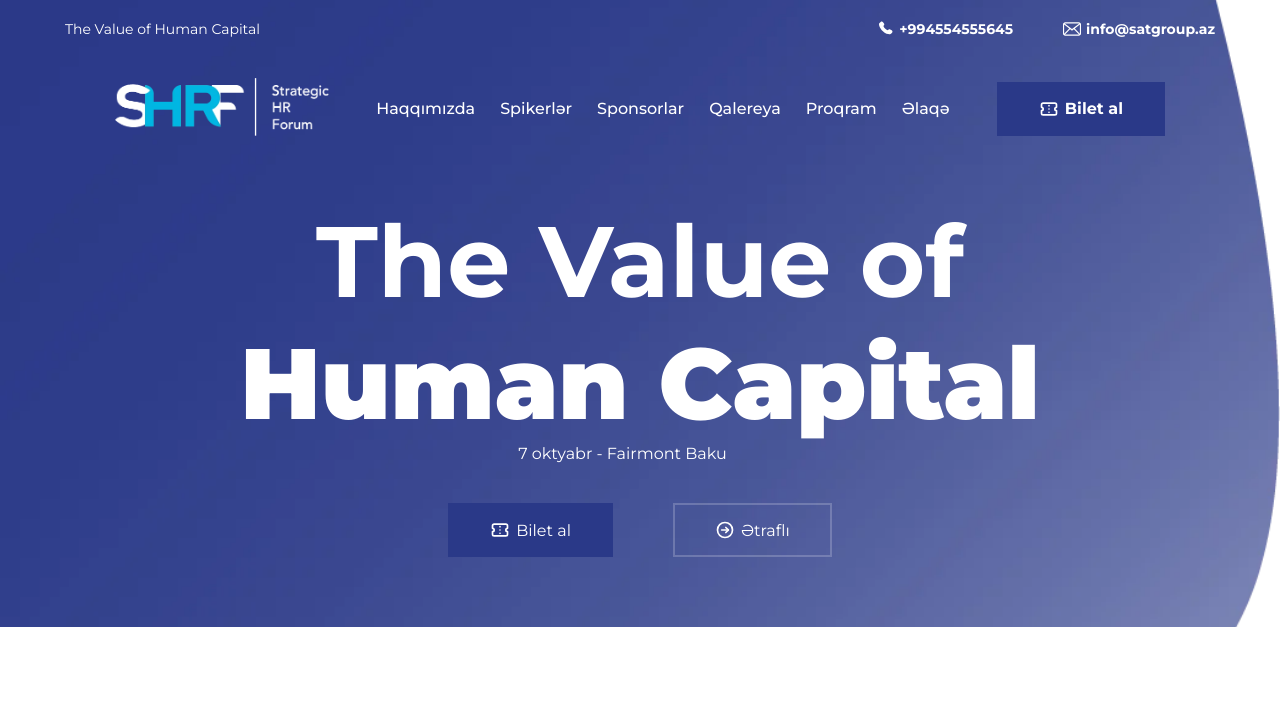
Repository: allahverdiyevabdulhasan/shrf
Page: /
An editor plug-in stored every save of this project. The page is shown before and after the next save, followed by the edit.
The browser window is 1280 px wide. The pictures show the whole page.
The project was rebuilt for these pictures with package versions that can differ from the ones it lists, and the page was loaded fresh each time. Also part of the build but not shown: vite.config.js, src/App.css.

Above is the page before, as saved 2024-08-16 10:34:46.

### src/App.jsx
import './App.css'
import Header from './components/Header'
import Intro from './components/Intro'

function App() {

  return (
    <div id='page'>
      <Header />
      <Intro />
    </div>
  )
}

export default App

### src/index.css
@import url('https://fonts.googleapis.com/css2?family=Montserrat:ital,wght@0,100..900;1,100..900&display=swap');

* {
  margin: 0;
  box-sizing: border-box;
  padding: 0;
  font-family: Montserrat;
  transition: all .4s ease-in-out;
}

:root {
  --globalPrimary: #2a3988;
}

ul {
  padding: 0;
  list-style: none;
}

a {
  color: #fff;
  text-decoration: none;
}

button {
  cursor: pointer;
}

.container {
  max-width: 1170px;
  margin: 0 auto;
  padding: 0 10px;
}
#page{
  position: relative;
}

.buy__button {
  display: flex;
  align-items: center;
  border: 2px solid transparent;
  background: var(--globalPrimary);
  font-size: 16px;
  font-weight: 700;
  color: #fff;
  padding: 15px 40px;
  & svg{
    margin: 0 6px 0 0;
  }
  &:hover {
    box-shadow: 0 3px 10px 3px #fff;
    transform: translateY(-3px);
  }
}

### src/components/Header/index.jsx

import s from './style.module.css'

export default function Header() {


    return (
        <header className='container'>
            <div className={s.top}>
                <div className={s.top__left}>
                    The Value of Human Capital
                </div>
                <div className={s.top__right}>
                    <ul>
                        <li>
                            <a href="tel:+994554555645">
                            <svg width={18} viewBox="0 0 24 24" fill="none" xmlns="http://www.w3.org/2000/svg"><g id="SVGRepo_bgCarrier" stroke-width="0"></g><g id="SVGRepo_tracerCarrier" stroke-linecap="round" stroke-linejoin="round"></g><g id="SVGRepo_iconCarrier"> <path d="M16.5562 12.9062L16.1007 13.359C16.1007 13.359 15.0181 14.4355 12.0631 11.4972C9.10812 8.55901 10.1907 7.48257 10.1907 7.48257L10.4775 7.19738C11.1841 6.49484 11.2507 5.36691 10.6342 4.54348L9.37326 2.85908C8.61028 1.83992 7.13596 1.70529 6.26145 2.57483L4.69185 4.13552C4.25823 4.56668 3.96765 5.12559 4.00289 5.74561C4.09304 7.33182 4.81071 10.7447 8.81536 14.7266C13.0621 18.9492 17.0468 19.117 18.6763 18.9651C19.1917 18.9171 19.6399 18.6546 20.0011 18.2954L21.4217 16.883C22.3806 15.9295 22.1102 14.2949 20.8833 13.628L18.9728 12.5894C18.1672 12.1515 17.1858 12.2801 16.5562 12.9062Z" fill="#ffffff"></path> </g></svg>
                            +994554555645</a>
                        </li>
                        <li>
                            <a href="mailto:info@satgroup.az">
                            <svg width={18} viewBox="0 -4 32 32" version="1.1" xmlns="http://www.w3.org/2000/svg" xmlns:xlink="http://www.w3.org/1999/xlink" xmlns:sketch="http://www.bohemiancoding.com/sketch/ns" fill="#000000"><g id="SVGRepo_bgCarrier" stroke-width="0"></g><g id="SVGRepo_tracerCarrier" stroke-linecap="round" stroke-linejoin="round"></g><g id="SVGRepo_iconCarrier"> <title>mail</title> <desc>Created with Sketch Beta.</desc> <defs> </defs> <g id="Page-1" stroke="none" stroke-width="1" fill="none" fill-rule="evenodd" sketch:type="MSPage"> <g id="Icon-Set" sketch:type="MSLayerGroup" transform="translate(-412.000000, -259.000000)" fill="#ffffff"> <path d="M442,279 C442,279.203 441.961,279.395 441.905,279.578 L433,270 L442,263 L442,279 L442,279 Z M415.556,280.946 L424.58,271.33 L428,273.915 L431.272,271.314 L440.444,280.946 C440.301,280.979 415.699,280.979 415.556,280.946 L415.556,280.946 Z M414,279 L414,263 L423,270 L414.095,279.578 C414.039,279.395 414,279.203 414,279 L414,279 Z M441,261 L428,271 L415,261 L441,261 L441,261 Z M440,259 L416,259 C413.791,259 412,260.791 412,263 L412,279 C412,281.209 413.791,283 416,283 L440,283 C442.209,283 444,281.209 444,279 L444,263 C444,260.791 442.209,259 440,259 L440,259 Z" id="mail" sketch:type="MSShapeGroup"> </path> </g> </g> </g></svg>
                                info@satgroup.az</a>
                            </li>
                    </ul>
                </div>
            </div>
            <div className={s.header__items}>
                <div className={s.logo}>
                    <a href="/"><img src="./public/assets/img/logo.webp" alt="Logo" /></a>
                </div>
                <nav>
                    <ul>
                        <li><a href="">Haqqımızda</a></li>
                        <li><a href="">Spikerlər</a></li>
                        <li><a href="">Sponsorlar</a></li>
                        <li><a href="">Qalereya</a></li>
                        <li><a href="">Proqram</a></li>
                        <li><a href="">Əlaqə</a></li>
                    </ul>
                </nav>
                <button className='buy__button'>
                <svg width={20} viewBox="0 0 24 24" fill="none" xmlns="http://www.w3.org/2000/svg"><g id="SVGRepo_bgCarrier" stroke-width="0"></g><g id="SVGRepo_tracerCarrier" stroke-linecap="round" stroke-linejoin="round"></g><g id="SVGRepo_iconCarrier"> <path d="M12 16H12.01M12 12H12.01M12 8H12.01M21 14V17C21 18.1046 20.1046 19 19 19H5C3.89543 19 3 18.1046 3 17V14C4.10457 14 5 13.1046 5 12C5 10.8954 4.10457 10 3 10V7C3 5.89543 3.89543 5 5 5H19C20.1046 5 21 5.89543 21 7V10C19.8954 10 19 10.8954 19 12C19 13.1046 19.8954 14 21 14Z" stroke="#ffffff" stroke-width="2" stroke-linecap="round" stroke-linejoin="round"></path> </g></svg>
                    Bilet al
                </button>
            </div>

        </header>
    )
}

### src/components/Intro/index.jsx
import s from './style.module.css'

export default function Intro() {


    return (
        <div className={s.intro}>
            <div className={s.intro__content}>
                <h1>
                    The Value of
                    <br />
                    <span>Human Capital</span>
                </h1>

                <p>7 oktyabr - Fairmont Baku</p>

                <div className={s.buttons}>
                <button className='buy__button'>
                <svg width={20} viewBox="0 0 24 24" fill="none" xmlns="http://www.w3.org/2000/svg"><g id="SVGRepo_bgCarrier" stroke-width="0"></g><g id="SVGRepo_tracerCarrier" stroke-linecap="round" stroke-linejoin="round"></g><g id="SVGRepo_iconCarrier"> <path d="M12 16H12.01M12 12H12.01M12 8H12.01M21 14V17C21 18.1046 20.1046 19 19 19H5C3.89543 19 3 18.1046 3 17V14C4.10457 14 5 13.1046 5 12C5 10.8954 4.10457 10 3 10V7C3 5.89543 3.89543 5 5 5H19C20.1046 5 21 5.89543 21 7V10C19.8954 10 19 10.8954 19 12C19 13.1046 19.8954 14 21 14Z" stroke="#ffffff" stroke-width="2" stroke-linecap="round" stroke-linejoin="round"></path> </g></svg>
                    Bilet al
                </button>
                <a href="" className='buy__button'>
                <svg  width={20} viewBox="0 0 24 24" fill="none" xmlns="http://www.w3.org/2000/svg"><g id="SVGRepo_bgCarrier" stroke-width="0"></g><g id="SVGRepo_tracerCarrier" stroke-linecap="round" stroke-linejoin="round"></g><g id="SVGRepo_iconCarrier"> <path d="M21 12C21 16.9706 16.9706 21 12 21C7.02944 21 3 16.9706 3 12C3 7.02944 7.02944 3 12 3C16.9706 3 21 7.02944 21 12Z" stroke="#ffffff" stroke-width="2"></path> <path d="M16 12L8 12" stroke="#ffffff" stroke-width="2" stroke-linecap="round" stroke-linejoin="round"></path> <path d="M13 15L15.913 12.087V12.087C15.961 12.039 15.961 11.961 15.913 11.913V11.913L13 9" stroke="#ffffff" stroke-width="2" stroke-linecap="round" stroke-linejoin="round"></path> </g></svg>

                Ətraflı
                </a>
                </div>
            </div>
        </div>
    )
}

### src/components/Header/style.module.css
header {
    position: absolute;
    top: 0;
    left: 50%;
    width: 100%;
    transform: translateX(-50%);
}

.top {
    display: flex;
    justify-content: space-between;
    align-items: center;
    padding: 20px 0;
    color: #fff;
    font-size: 14px;
}

.top__right {
    & a,
    & ul {
        display: flex;
        align-items: center;
        font-weight: 700;
    }

    & li {
        margin: 0 0 0 50px;
    }

    & svg {
        margin: 0 5px 0 0;
    }

    & a:hover {
        text-shadow: 0 0 10px #fff;

    }
}


.header__items {
    display: flex;
    padding: 20px 50px;
    align-items: center;
    justify-content: space-between;

    & .logo{
        max-width: 214px;
        & img{
            width: 100%;
        }
    }

    & ul {
        display: flex;
        & li{
            margin: 0 25px 0 0;
            position: relative;
            &::after{
                content: '';
                position: absolute;
                bottom: 0;
                left: 0;
                width: 0;
                height: 3px;
                border-radius: 3px;
                background-color: #00FFF0;
                transition: all .4s ease-in-out;
            }
            &:hover{
                & a{
                    color: #00FFF0;
                }
                &::after{
                    width: 100%;
                }
            }
            & a{
                display: inline-block;
                padding: 10px 0;
                font-weight: 500;
            }
            &:last-child{
                margin: 0;
            }
        }
    }
}

### src/components/Intro/style.module.css
.intro{
    min-height: 80vh;
    background: url('./../../../public/assets/img/introBg.webp') center/cover;
    display: flex;
    align-items: center;
    justify-content: center;

    & h1{
        font-size: clamp(45px, 8vw, 100px);
        color: #fff;
        text-align: center;
        margin: 200px 0 0 0;
        & span{
            font-weight: 900;
        }
    }
}

.intro__content{
    margin: 0 0 70px 0;
    & > p{
        color: #fff;
        text-align: center;
        margin: 0 35px 40px 0;
    }

    & .buttons{
        display: flex;
        justify-content: center;
        align-items: center;
        & button, & a{
            font-weight: 400;
            margin: 0 clamp(10px, 3vw, 30px);
        }
        & a{
            background: none;
            border-color: #FFFFFF33;
            &:hover{
                background-color: var(--globalPrimary);
            }
        }
    }
}

Loaded but not shown: index.html (common file); src/main.jsx (common file)

After the next save:
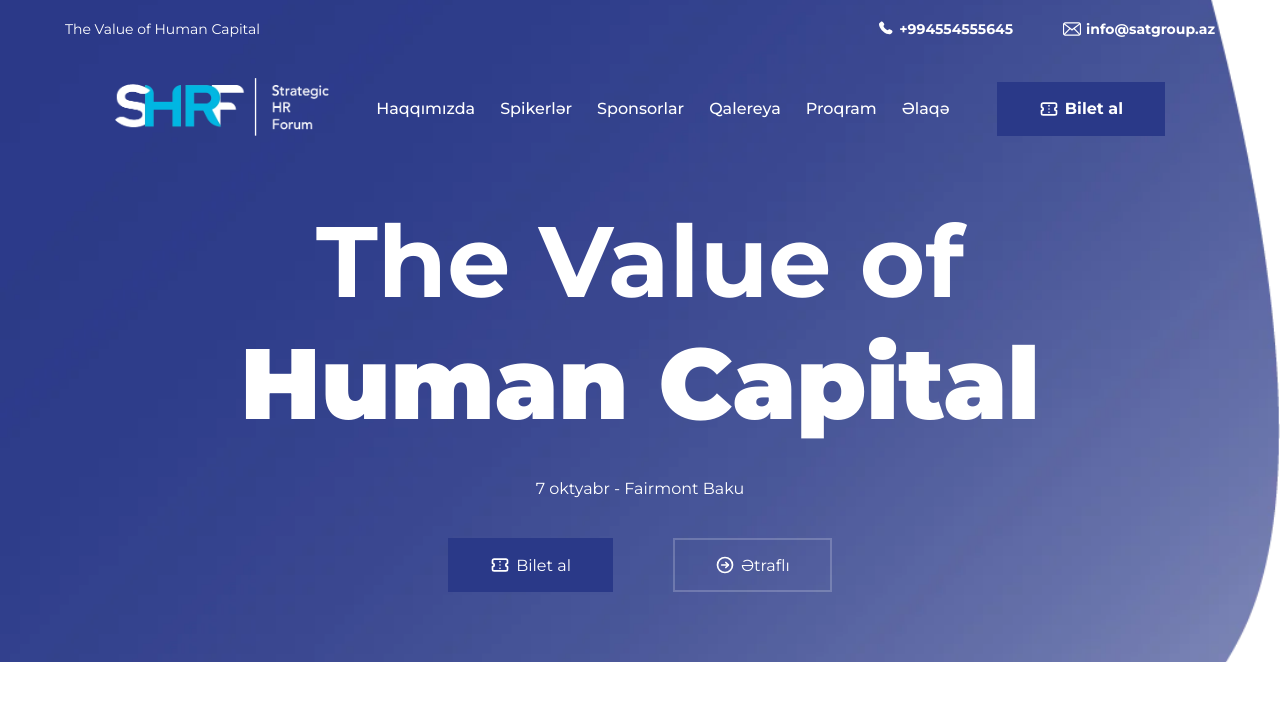
Saved 50 s later.
--- a/src/components/Intro/style.module.css
+++ b/src/components/Intro/style.module.css
@@ -21,7 +21,7 @@
     & > p{
         color: #fff;
         text-align: center;
-        margin: 0 35px 40px 0;
+        margin: 35px 0  40px 0;
     }
 
     & .buttons{
